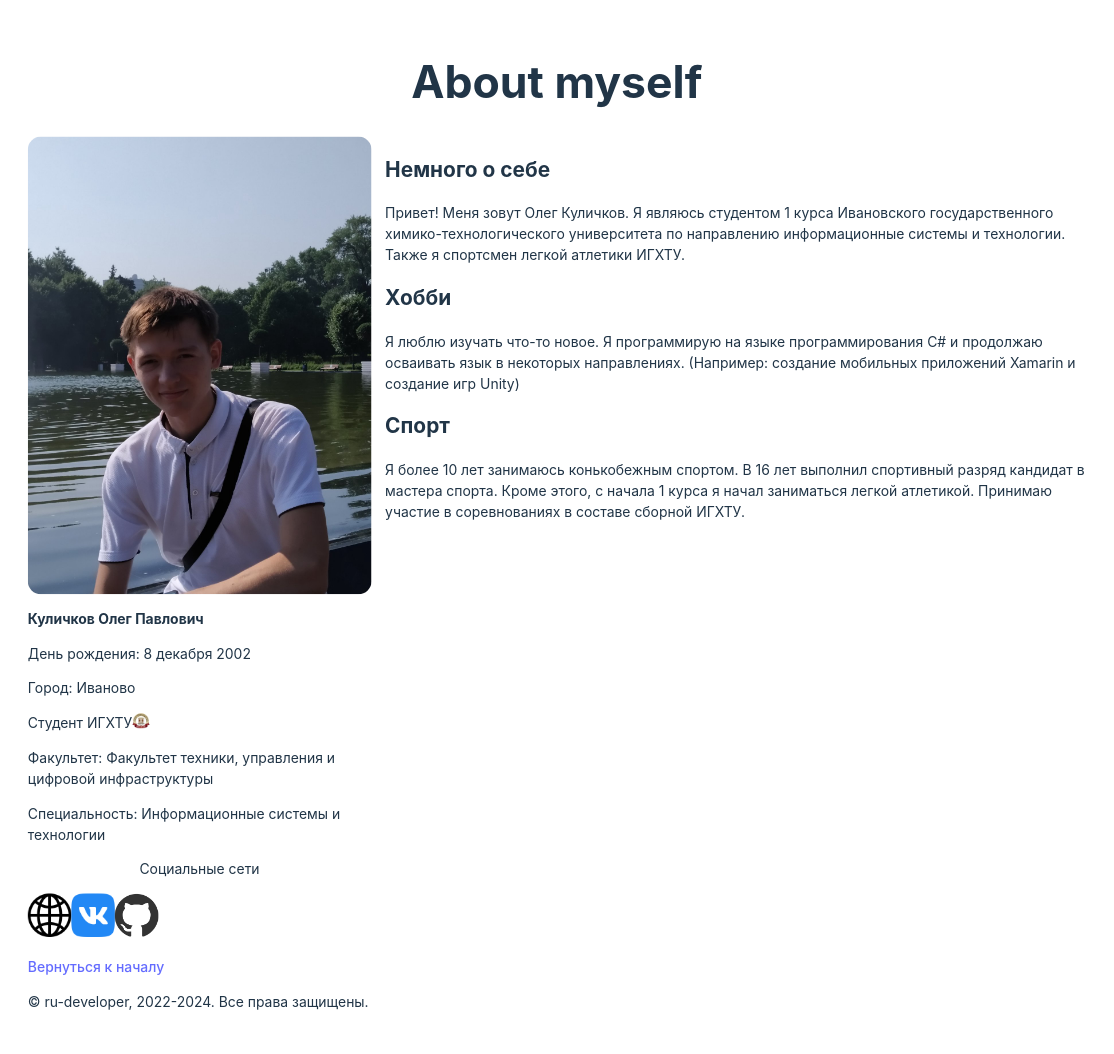
Repository: HubOl01/my_profile
Page: /
An editor plug-in stored every save of this project. The page is shown before and after the next save, followed by the edit.
The browser window is 1280 px wide. The pictures show the whole page, at 87% of full size.
The project was rebuilt for these pictures with package versions that can differ from the ones it lists, and the page was loaded fresh each time. Also part of the build but not shown: vite.config.ts.

Above is the page before, as saved 2024-03-06 08:42:27.

### src/App.tsx
import { Grid } from '@mui/material'
import './App.css'
import Common from './components/center/Common'
import Footer from './components/footer/Footer'
import Header from './components/header/Header'
import LeftBar from './components/left/LeftBar'


function App() {

  return (
    <>
      <Header />
      <Grid container spacing={2}>
        <Grid item xs={4}>
          <LeftBar />
        </Grid>
        <Grid item xs>
          <Common />
        </Grid>
      </Grid>
      <Footer />
    </>
  )
}

export default App

### src/App.css
#root {
  max-width: 1280px;
  margin: 0 auto;
  padding: 2rem;
  /* text-align: center; */
}
.logo:hover {
  filter: drop-shadow(0 0 2em #646cffaa);
}
.logo.react:hover {
  filter: drop-shadow(0 0 2em #61dafbaa);
}

@keyframes logo-spin {
  from {
    transform: rotate(0deg);
  }
  to {
    transform: rotate(360deg);
  }
}

@media (prefers-reduced-motion: no-preference) {
  a:nth-of-type(2) .logo {
    animation: logo-spin infinite 20s linear;
  }
}

.card {
  padding: 2em;
}

.read-the-docs {
  color: #888;
}

### src/components/center/Common.tsx
import React from 'react'

export default function Common() {
  return (
    <div className="Text">
      <h2>Немного о себе</h2>
      <p>
        Привет! Меня зовут Олег Куличков. Я являюсь студентом 1 курса
        Ивановского государственного химико-технологического университета по
        направлению информационные системы и технологии. Также я спортсмен
        легкой атлетики ИГХТУ.
      </p>
      <h2>Хобби</h2>
      <p>
        Я люблю изучать что-то новое. Я программирую на языке программирования
        C# и продолжаю осваивать язык в некоторых направлениях. (Например:
        создание мобильных приложений Xamarin и создание игр Unity)
      </p>
      <h2>Спорт</h2>
      <p>
        Я более 10 лет занимаюсь конькобежным спортом. В 16 лет выполнил
        спортивный разряд кандидат в мастера спорта. Кроме этого, с начала 1
        курса я начал заниматься легкой атлетикой. Принимаю участие в
        соревнованиях в составе сборной ИГХТУ.
      </p>
    </div>
  )
}

### src/components/footer/Footer.tsx
import React from 'react'

export default function Footer() {
  return (
    <footer className="text-muted">
    <div className="container">
      <p className="float-right">
        <a href="#">Вернуться к началу</a>
      </p>
      <p className="footer-text">© ru-developer, 2022-{(new Date()).getFullYear()}. Все права защищены.</p>
    </div>
  </footer>
  )
}

### src/components/header/Header.tsx
import './Header.style.scss'

export default function Header() {
  return (
    <header>
      <div>
        <h1>About myself</h1>
      </div>
    </header>
  )
}

### src/components/left/LeftBar.tsx
import './LeftBar.style.scss'
import about from '../../assets/images/About.jpg'
import isuct from '../../assets/images/isuct.png'
import web from '../../assets/images/web.png'
import vk from '../../assets/images/vk.png'
import github from '../../assets/images/GitHub.png'

const LeftBar = () => {
  return (
    <>
      <div>
        <a title="Куличков Олег" href="https://vk.com/oleg01f">
          <img
            alt="about"
            src={about}
            style={{
              borderRadius: '15px',
              display: 'flex',
              width: "100%",
            }}
            data-holder-rendered="true"
          />
        </a>
        <div>
          <p>
            <b>Куличков Олег Павлович</b>
          </p>
          <p>
            <span >День рождения:</span> 8 декабря 2002
          </p>
          <p>
            <span className="text-format">Город:</span> Иваново
          </p>
          <p>
            Студент ИГХТУ
            <img
              className="isuct"
              alt="ISUCT"
              src={isuct}
              width={20}
            // data-holder-rendered="true"
            />
          </p>
          <p>
            <span className="text-format">Факультет:</span> Факультет техники,
            управления и цифровой инфраструктуры
          </p>
          <p>
            <span className="text-format">Специальность:</span> Информационные
            системы и технологии
          </p>
          <p style={{
            "textAlign": "center"
          }}>
            <span className="text-format" >Социальные сети</span>
          </p>
          <div className="websites" style={{
            "textAlign": "center",
            "display": "inline-flex",
            "justifyContent": "center"
          }}>
            <div className="web1">
              <a
                href="mailto:kuloleg54@gmail.com?subject=Вопрос от подписчика"
                title="Email"
              >
                <img
                  className="img-icon"
                  alt="Email"
                  src={web}
                  width={40}
                />
              </a>
            </div>
            <div className="web2">
              <a href="https://vk.com/oleg01f" title="Vk">
                <img
                  className="img-icon"
                  alt="Vk"
                  src={vk}
                  width={20}
                />
              </a>
            </div>
            <div className="web3">
              <a href="https://github.com/HubOl01" title="GitHub">
                <img
                  className="img-icon"
                  alt="GitHub"
                  src={github}
                  width={20}
                />
              </a>
            </div>
          </div>
        </div>
      </div>
    </>
  )
}

export default LeftBar

### src/components/left/LeftBar.style.scss
.img-icon{
    width: 50px;
    height: 50px;
}
div{
    display: "flex";
}

Loaded but not shown: index.html (common file); src/main.tsx (common file); src/index.css (common file); src/components/header/Header.style.scss (common file)

After the next save:
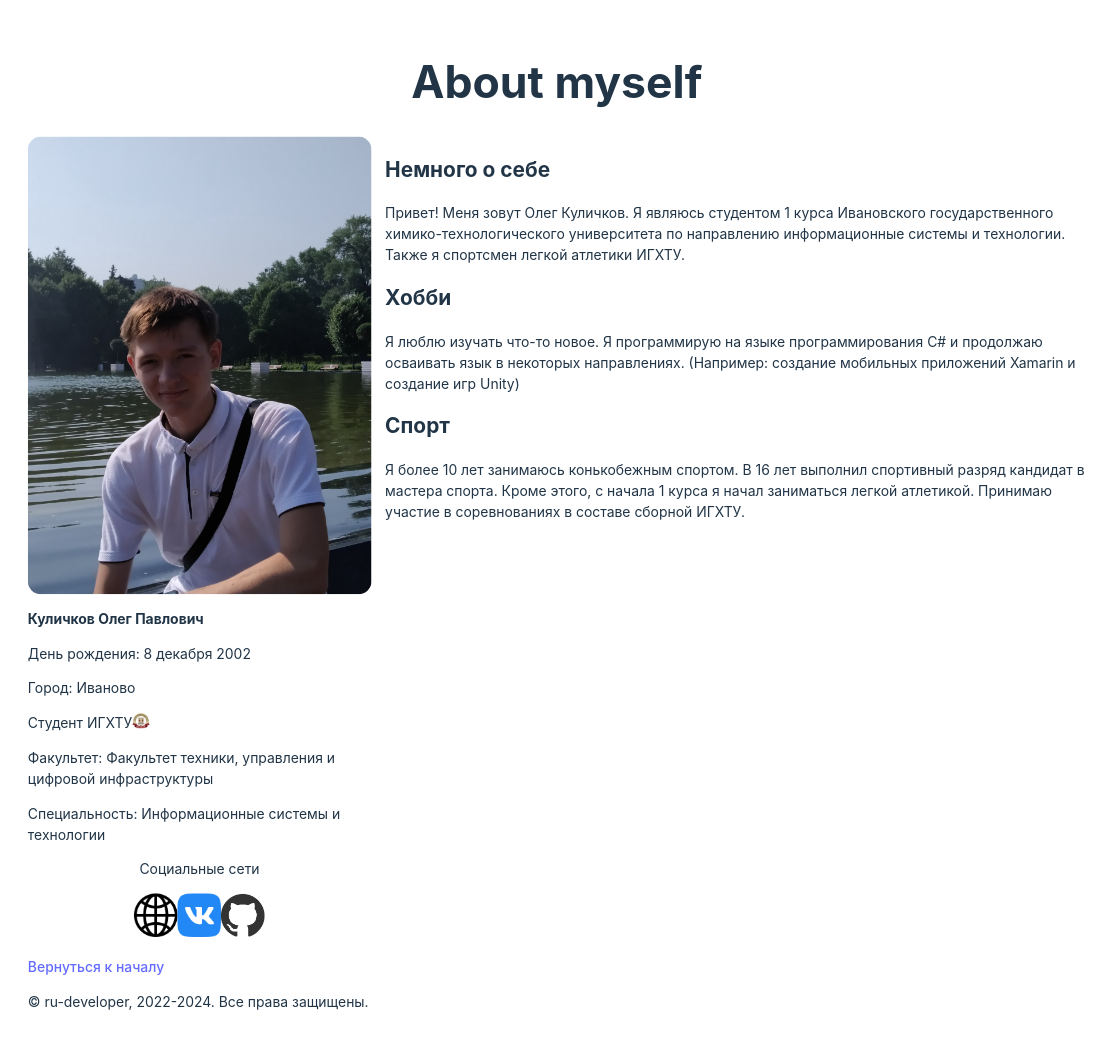
Saved 73 s later.
--- a/src/components/left/LeftBar.tsx
+++ b/src/components/left/LeftBar.tsx
@@ -57,7 +57,9 @@
           <div className="websites" style={{
             "textAlign": "center",
             "display": "inline-flex",
-            "justifyContent": "center"
+            "justifyContent": "center",
+            display: 'flex',
+              width: "100%",
           }}>
             <div className="web1">
               <a

After the save that followed:
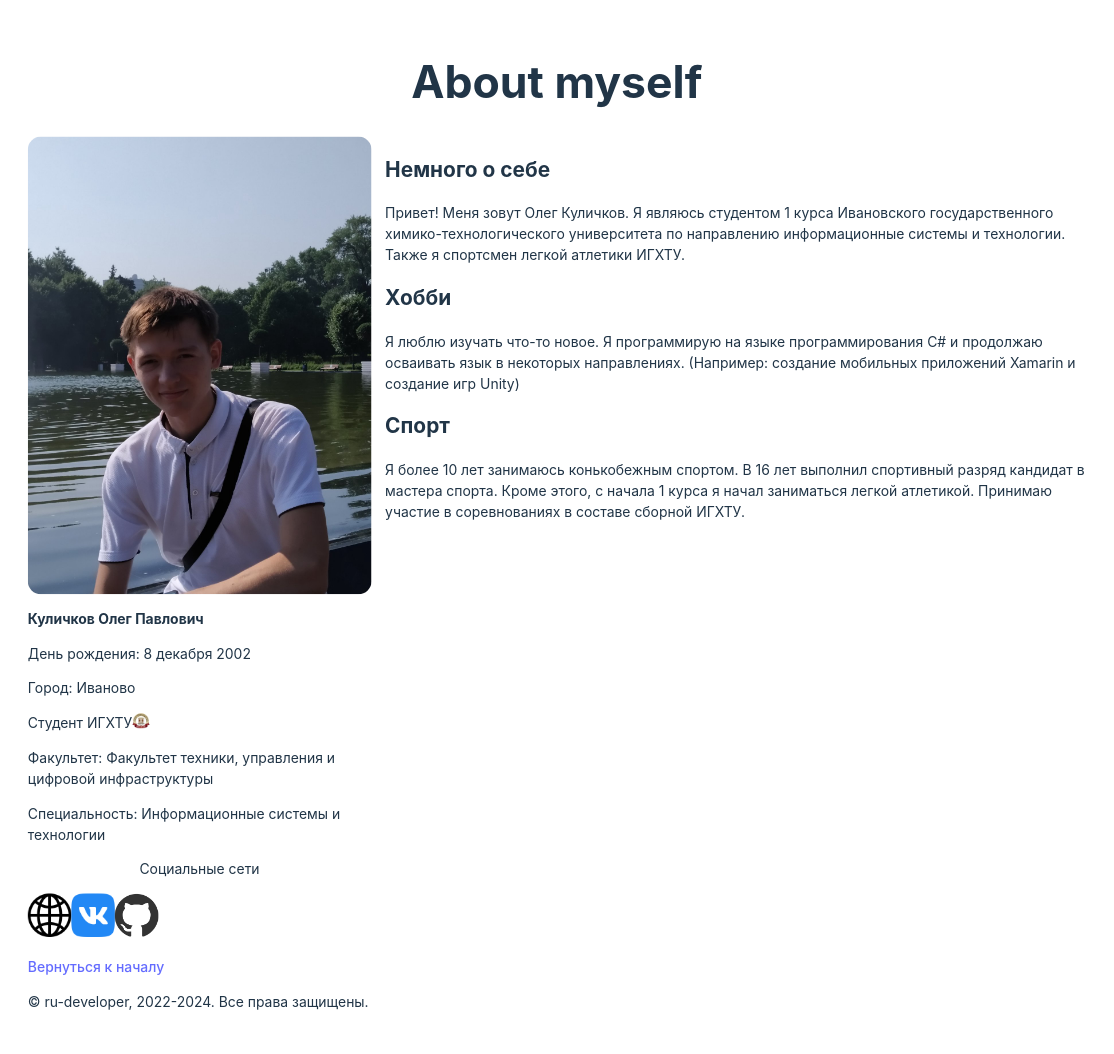
Saved 5 s later.
--- a/src/components/left/LeftBar.tsx
+++ b/src/components/left/LeftBar.tsx
@@ -55,9 +55,9 @@
             <span className="text-format" >Социальные сети</span>
           </p>
           <div className="websites" style={{
-            "textAlign": "center",
-            "display": "inline-flex",
-            "justifyContent": "center",
+            // "textAlign": "center",
+            // "display": "inline-flex",
+            // "justifyContent": "center",
             display: 'flex',
               width: "100%",
           }}>
